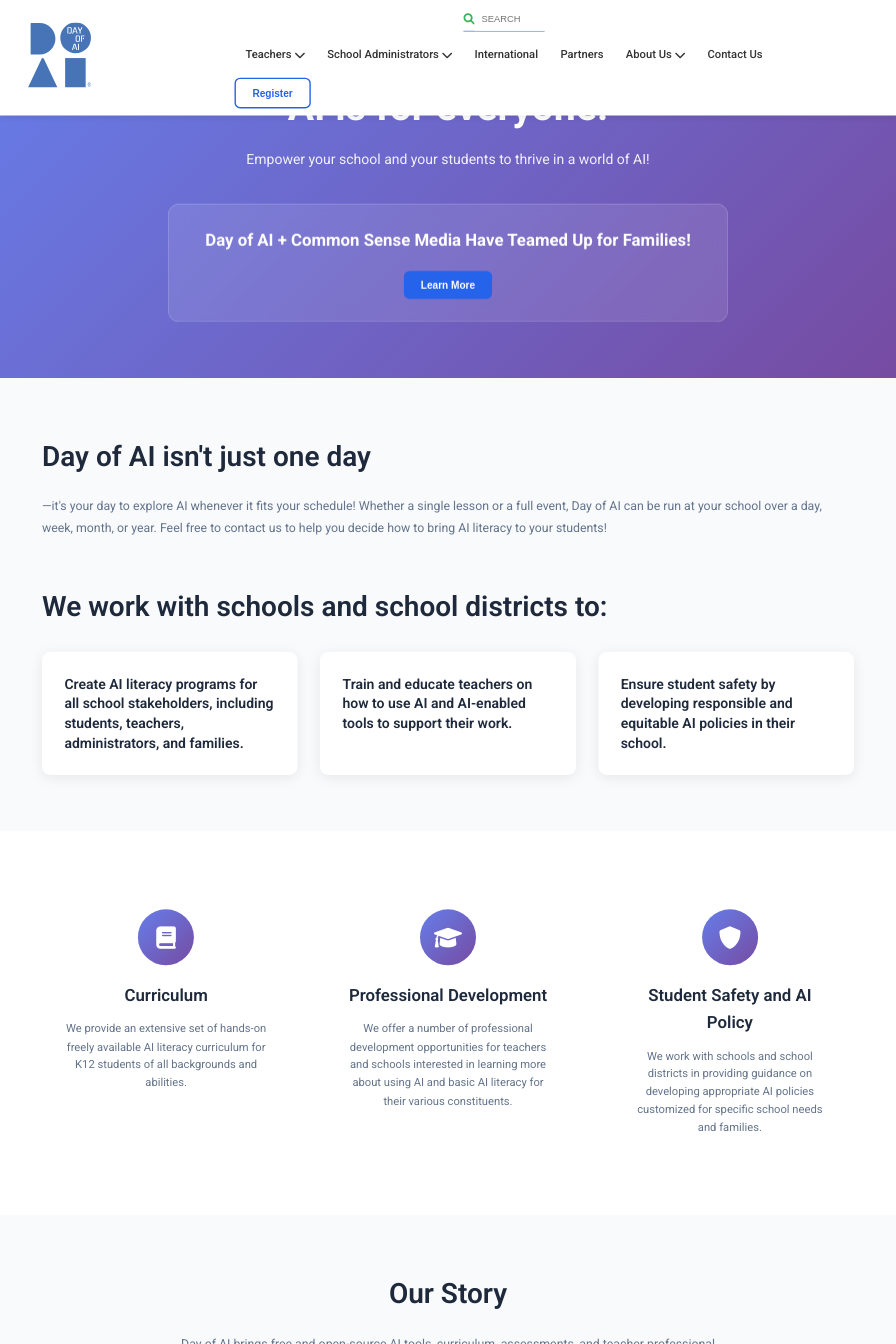
Repository: dinhtri123/dayofai
Page: index.html
These files come from the project's save history. The page is drawn as it stood at one moment and after the next save; the edit follows.
The browser window is 1280 px wide. The pictures show the part of the page from y = 0 to 1920 px (the page is 3347 px tall), at 70% of full size.

Above is the page before, as saved 2025-06-28 14:41:48.

### index.html
<!DOCTYPE html>
<html lang="en">

<head>
  <meta charset="UTF-8">
  <meta name="viewport" content="width=device-width, initial-scale=1.0">
  <title>Day of AI - AI is for everyone</title>
  <link rel="stylesheet" href="styles.css">
  <link rel="preconnect" href="https://fonts.googleapis.com">
  <link rel="preconnect" href="https://fonts.gstatic.com" crossorigin>
  <link href="https://fonts.googleapis.com/css2?family=Roboto:ital,wght@0,100..900;1,100..900&display=swap"
    rel="stylesheet">
  <link rel="stylesheet" href="https://cdnjs.cloudflare.com/ajax/libs/font-awesome/6.0.0/css/all.min.css">
</head>

<body>
  <!-- Header -->
  <header class="header">
    <nav class="navbar container">
      <div class="nav-container">
        <div class="nav-logo">
          <img src="./images/logo.svg" alt="Day of AI Logo">
        </div>

        <div class="header-main">
          <div class="header-search">
            <i class="fa-solid fa-magnifying-glass"></i>
            <input type="search" name="search" id="search" placeholder="SEARCH">
          </div>
          <div class="header-menu">
            <ul class="nav-menu">
              <li class="nav-item dropdown">
                <a href="#" class="nav-link">Teachers <i class="fas fa-chevron-down"></i></a>
                <ul class="dropdown-menu">
                  <li><a href="#">Curriculum</a></li>
                  <li><a href="#">Seasonal and Monthly Activities</a></li>
                  <li><a href="#">Professional Development</a></li>
                  <li><a href="#">Family Resources</a></li>
                </ul>
              </li>
              <li class="nav-item dropdown">
                <a href="#" class="nav-link">School Administrators <i class="fas fa-chevron-down"></i></a>
                <ul class="dropdown-menu">
                  <li><a href="#">Professional Development</a></li>
                  <li><a href="#">Curriculum</a></li>
                  <li><a href="#">Student Safety & AI Policy</a></li>
                  <li><a href="#">Family Resources</a></li>
                </ul>
              </li>
              <li class="nav-item">
                <a href="#" class="nav-link">International</a>
              </li>
              <li class="nav-item">
                <a href="#" class="nav-link">Partners</a>
              </li>
              <li class="nav-item dropdown">
                <a href="#" class="nav-link">About Us <i class="fas fa-chevron-down"></i></a>
                <ul class="dropdown-menu">
                  <li><a href="#">Our Team</a></li>
                  <li><a href="#">Our Story</a></li>
                  <li><a href="#">FAQ</a></li>
                  <li><a href="#">News & Impact</a></li>
                </ul>
              </li>
              <li class="nav-item">
                <a href="#" class="nav-link">Contact Us</a>
              </li>
            </ul>
            <div class="nav-buttons">
              <button class="btn btn-secondary">Register</button>
            </div>
          </div>
        </div>


        <div class="hamburger">
          <span class="bar"></span>
          <span class="bar"></span>
          <span class="bar"></span>
        </div>
      </div>
    </nav>
  </header>

  <!-- Hero Section -->
  <section class="hero">
    <div class="container">
      <div class="hero-content">
        <h1 class="hero-title">AI is for everyone.</h1>
        <p class="hero-subtitle">Empower your school and your students to thrive in a world of AI!</p>
        <div class="hero-banner">
          <div class="banner-content">
            <h3>Day of AI + Common Sense Media Have Teamed Up for Families!</h3>
            <button class="btn btn-primary">Learn More</button>
          </div>
        </div>
      </div>
    </div>
  </section>

  <!-- Main Content Section -->
  <section class="main-content">
    <div class="container">
      <div class="content-grid">
        <div class="content-item">
          <h2>Day of AI isn't just one day</h2>
          <p>—it's your day to explore AI whenever it fits your schedule! Whether a single lesson or a full event, Day
            of AI can be run at your school over a day, week, month, or year. Feel free to contact us to help you decide
            how to bring AI literacy to your students!</p>
        </div>

        <div class="content-item">
          <h2>We work with schools and school districts to:</h2>
          <div class="services-grid">
            <div class="service-card">
              <h3>Create AI literacy programs for all school stakeholders, including students, teachers, administrators,
                and families.</h3>
            </div>
            <div class="service-card">
              <h3>Train and educate teachers on how to use AI and AI-enabled tools to support their work.</h3>
            </div>
            <div class="service-card">
              <h3>Ensure student safety by developing responsible and equitable AI policies in their school.</h3>
            </div>
          </div>
        </div>
      </div>
    </div>
  </section>

  <!-- Features Section -->
  <section class="features">
    <div class="container">
      <div class="features-grid">
        <div class="feature-card">
          <div class="feature-icon">
            <i class="fas fa-book"></i>
          </div>
          <h3>Curriculum</h3>
          <p>We provide an extensive set of hands-on freely available AI literacy curriculum for K12 students of all
            backgrounds and abilities.</p>
        </div>

        <div class="feature-card">
          <div class="feature-icon">
            <i class="fas fa-graduation-cap"></i>
          </div>
          <h3>Professional Development</h3>
          <p>We offer a number of professional development opportunities for teachers and schools interested in learning
            more about using AI and basic AI literacy for their various constituents.</p>
        </div>

        <div class="feature-card">
          <div class="feature-icon">
            <i class="fas fa-shield-alt"></i>
          </div>
          <h3>Student Safety and AI Policy</h3>
          <p>We work with schools and school districts in providing guidance on developing appropriate AI policies
            customized for specific school needs and families.</p>
        </div>
      </div>
    </div>
  </section>

  <!-- About Section -->
  <section class="about">
    <div class="container">
      <div class="about-content">
        <h2>Our Story</h2>
        <p>Day of AI brings free and open-source AI tools, curriculum, assessments, and teacher professional development
          materials developed by MIT RAISE to students and educators everywhere.</p>

        <div class="mit-section">
          <h3>Powered by MIT RAISE</h3>
          <p>Day of AI was born at MIT in June 2021. Led by a team of faculty and research scientists at MIT
            RAISE…..(more)</p>
        </div>

        <div class="partners-section">
          <h3>Our Collaborators and Partners</h3>
          <div class="partners-grid">
            <div class="partner-logo">Partner 1</div>
            <div class="partner-logo">Partner 2</div>
            <div class="partner-logo">Partner 3</div>
            <div class="partner-logo">Partner 4</div>
          </div>
        </div>
      </div>
    </div>
  </section>

  <!-- CTA Section -->
  <section class="cta">
    <div class="container">
      <div class="cta-content">
        <h2>Bring Day of AI to Your School or School District</h2>
        <div class="cta-buttons">
          <button class="btn btn-primary">Register</button>
          <button class="btn btn-secondary">Learn More</button>
        </div>
      </div>
    </div>
  </section>

  <!-- Footer -->
  <footer class="footer">
    <div class="container">
      <div class="footer-content">
        <div class="footer-section">
          <p>&copy; 2025, Day of AI. All Rights Reserved.</p>
          <div class="footer-links">
            <a href="#">Privacy Policy</a>
            <a href="#">Accessibility</a>
            <a href="#">Terms of Use</a>
            <a href="#">Boston Web Design</a>
          </div>
        </div>

        <div class="footer-legal">
          <p>Unless stated otherwise, the DAY OF AI curriculum is licensed under a Creative Commons
            Attribution-NonCommercial-ShareAlike 4.0 International License (the "DAY OF AI Creative Commons license").
            The DAY OF AI Creative Commons license does not include a license to use the trademarks and service marks,
            DAY OF AI, DAY OF AI (and Design), the DAY OF AI logo, MASSACHUSETTS INSTITUTE OF TECHNOLOGY, MIT, the MIT
            logo, MIT RAISE, RAISE, or any other trademarks, service marks, or other intellectual property, owned by, or
            associated with, Massachusetts Institute of Technology, and such use is expressly excluded. DAY OF AI, DAY
            OF AI (and Design), and the DAY OF AI logo are trademarks and service marks of MASSACHUSETTS INSTITUTE OF
            TECHNOLOGY. All rights are reserved.</p>
        </div>

        <div class="footer-translate">
          <button class="translate-btn">Translate »</button>
        </div>
      </div>
    </div>
  </footer>

  <script src="script.js"></script>
</body>

</html>

### styles.css
:root {
  --font-family: 'Roboto', sans-serif;
  --color-primary: #4873B7;
  --color-secondary: #37B558;
  --color-third: #F26739;
}
* {
    margin: 0;
    padding: 0;
    box-sizing: border-box;
}

body {
    font-family: var(--font-family);
    line-height: 1.6;
    color: #333;
    overflow-x: hidden;
}

.container {
    max-width: 1200px;
    margin: 0 auto;
    padding: 0 20px;
}

/* Header Styles */
.header {
    background: #fff;
    box-shadow: 0 2px 10px rgba(0, 0, 0, 0.1);
    position: fixed;
    top: 0;
    width: 100%;
    z-index: 1000;
}
.header-main {
  display: flex;
  flex-direction: column;
  flex: 1;
}
.header-search {
  display: flex;
  align-items: center;
  justify-content: end;
  border-bottom: 1px solid var(--color-primary);
  height: 35px;

}
.header-search input {
  border: none;
  outline: none;
  width: 100px;
  height: 100%;
  padding: 0 10px;
}
.header-search i {
  color: var(--color-secondary);
}

.navbar {
    padding: 10px 0;
}

.nav-container {
    display: flex;
    justify-content: space-between;
    align-items: center;
}
.nav-logo {
  max-width: 160px;
  width: 100%;
  height: auto;
}

.nav-logo img {
  max-width: 90px;
  width: 100%;
  height: auto;
}

.header-main {
  display: flex;
  align-items: center;
}
.nav-menu {
    display: flex;
    list-style: none;
    align-items: center;
}

.nav-item {
    position: relative;
}

.nav-link {
    text-decoration: none;
    color: #333;
    font-weight: 500;
    padding: 20px 16px;
    transition: color 0.3s ease;
    display: flex;
    align-items: center;
    gap: 5px;
}

.nav-link:hover {
    color: #2563eb;
}

.dropdown-menu {
    position: absolute;
    top: 100%;
    left: 0;
    background: #fff;
    box-shadow: 0 4px 20px rgba(0, 0, 0, 0.15);
    border-radius: 8px;
    min-width: 250px;
    opacity: 0;
    visibility: hidden;
    transform: translateY(-10px);
    transition: all 0.3s ease;
    list-style: none;
    padding: 1rem 0;
}

.dropdown:hover .dropdown-menu {
    opacity: 1;
    visibility: visible;
    transform: translateY(0);
}

.dropdown-menu li a {
    display: block;
    padding: 0.75rem 1.5rem;
    color: #333;
    text-decoration: none;
    transition: background-color 0.3s ease;
}

.dropdown-menu li a:hover {
    background-color: #f8fafc;
    color: #2563eb;
}

.nav-buttons {
    display: flex;
    align-items: center;
    margin-right: 24px;
}

.btn {
    padding: 0.75rem 1.5rem;
    border: none;
    border-radius: 8px;
    font-weight: 600;
    cursor: pointer;
    transition: all 0.3s ease;
    text-decoration: none;
    display: inline-block;
    font-size: 0.9rem;
}

.btn-primary {
    background: #2563eb;
    color: #fff;
}

.btn-primary:hover {
    background: #1d4ed8;
    transform: translateY(-2px);
}

.btn-secondary {
    background: transparent;
    color: #2563eb;
    border: 2px solid #2563eb;
}

.btn-secondary:hover {
    background: #2563eb;
    color: #fff;
}

.hamburger {
    display: none;
    flex-direction: column;
    cursor: pointer;
}

.bar {
    width: 25px;
    height: 3px;
    background: #333;
    margin: 3px 0;
    transition: 0.3s;
}

/* Hero Section */
.hero {
    background: linear-gradient(135deg, #667eea 0%, #764ba2 100%);
    color: #fff;
    padding: 120px 0 80px;
    text-align: center;
}

.hero-content {
    max-width: 800px;
    margin: 0 auto;
}

.hero-title {
    font-size: 3.5rem;
    font-weight: 700;
    margin-bottom: 1.5rem;
    line-height: 1.2;
}

.hero-subtitle {
    font-size: 1.25rem;
    margin-bottom: 3rem;
    opacity: 0.9;
}

.hero-banner {
    background: rgba(255, 255, 255, 0.1);
    backdrop-filter: blur(10px);
    border-radius: 16px;
    padding: 2rem;
    margin-top: 2rem;
    border: 1px solid rgba(255, 255, 255, 0.2);
}

.banner-content h3 {
    font-size: 1.5rem;
    margin-bottom: 1.5rem;
}

/* Main Content Section */
.main-content {
    padding: 80px 0;
    background: #f8fafc;
}

.content-grid {
    display: grid;
    gap: 4rem;
}

.content-item h2 {
    font-size: 2.5rem;
    font-weight: 600;
    margin-bottom: 1.5rem;
    color: #1e293b;
}

.content-item p {
    font-size: 1.1rem;
    color: #64748b;
    line-height: 1.8;
}

.services-grid {
    display: grid;
    grid-template-columns: repeat(auto-fit, minmax(300px, 1fr));
    gap: 2rem;
    margin-top: 2rem;
}

.service-card {
    background: #fff;
    padding: 2rem;
    border-radius: 12px;
    box-shadow: 0 4px 20px rgba(0, 0, 0, 0.08);
    transition: transform 0.3s ease, box-shadow 0.3s ease;
}

.service-card:hover {
    transform: translateY(-5px);
    box-shadow: 0 8px 30px rgba(0, 0, 0, 0.12);
}

.service-card h3 {
    font-size: 1.25rem;
    font-weight: 600;
    color: #1e293b;
    line-height: 1.4;
}

/* Features Section */
.features {
    padding: 80px 0;
    background: #fff;
}

.features-grid {
    display: grid;
    grid-template-columns: repeat(auto-fit, minmax(350px, 1fr));
    gap: 3rem;
}

.feature-card {
    text-align: center;
    padding: 2rem;
    border-radius: 16px;
    transition: transform 0.3s ease;
}

.feature-card:hover {
    transform: translateY(-5px);
}

.feature-icon {
    width: 80px;
    height: 80px;
    background: linear-gradient(135deg, #667eea 0%, #764ba2 100%);
    border-radius: 50%;
    display: flex;
    align-items: center;
    justify-content: center;
    margin: 0 auto 1.5rem;
    color: #fff;
    font-size: 2rem;
}

.feature-card h3 {
    font-size: 1.5rem;
    font-weight: 600;
    margin-bottom: 1rem;
    color: #1e293b;
}

.feature-card p {
    color: #64748b;
    line-height: 1.6;
}

/* About Section */
.about {
    padding: 80px 0;
    background: #f8fafc;
}

.about-content {
    max-width: 800px;
    margin: 0 auto;
    text-align: center;
}

.about-content h2 {
    font-size: 2.5rem;
    font-weight: 600;
    margin-bottom: 1.5rem;
    color: #1e293b;
}

.about-content p {
    font-size: 1.1rem;
    color: #64748b;
    line-height: 1.8;
    margin-bottom: 3rem;
}

.mit-section {
    background: #fff;
    padding: 2rem;
    border-radius: 12px;
    margin: 2rem 0;
    box-shadow: 0 4px 20px rgba(0, 0, 0, 0.08);
}

.mit-section h3 {
    font-size: 1.5rem;
    font-weight: 600;
    margin-bottom: 1rem;
    color: #1e293b;
}

.partners-section {
    margin-top: 3rem;
}

.partners-section h3 {
    font-size: 1.5rem;
    font-weight: 600;
    margin-bottom: 2rem;
    color: #1e293b;
}

.partners-grid {
    display: grid;
    grid-template-columns: repeat(auto-fit, minmax(200px, 1fr));
    gap: 2rem;
}

.partner-logo {
    background: #fff;
    padding: 2rem;
    border-radius: 8px;
    text-align: center;
    box-shadow: 0 2px 10px rgba(0, 0, 0, 0.1);
    font-weight: 600;
    color: #64748b;
}

/* CTA Section */
.cta {
    padding: 80px 0;
    background: linear-gradient(135deg, #667eea 0%, #764ba2 100%);
    color: #fff;
    text-align: center;
}

.cta-content h2 {
    font-size: 2.5rem;
    font-weight: 600;
    margin-bottom: 2rem;
}

.cta-buttons {
    display: flex;
    gap: 1rem;
    justify-content: center;
    flex-wrap: wrap;
}

/* Footer */
.footer {
    background: #1e293b;
    color: #fff;
    padding: 60px 0 30px;
}

.footer-content {
    display: grid;
    gap: 2rem;
}

.footer-section {
    display: flex;
    justify-content: space-between;
    align-items: center;
    flex-wrap: wrap;
    gap: 1rem;
}

.footer-links {
    display: flex;
    gap: 2rem;
    flex-wrap: wrap;
}

.footer-links a {
    color: #cbd5e1;
    text-decoration: none;
    transition: color 0.3s ease;
}

.footer-links a:hover {
    color: #fff;
}

.footer-legal {
    border-top: 1px solid #334155;
    padding-top: 2rem;
}

.footer-legal p {
    font-size: 0.9rem;
    color: #94a3b8;
    line-height: 1.6;
}

.footer-translate {
    text-align: center;
    padding-top: 2rem;
}

.translate-btn {
    background: transparent;
    color: #cbd5e1;
    border: 1px solid #475569;
    padding: 0.5rem 1rem;
    border-radius: 6px;
    cursor: pointer;
    transition: all 0.3s ease;
}

.translate-btn:hover {
    background: #475569;
    color: #fff;
}

/* Responsive Design */
@media (max-width: 768px) {
    .nav-menu {
        position: fixed;
        left: -100%;
        top: 70px;
        flex-direction: column;
        background-color: #fff;
        width: 100%;
        text-align: center;
        transition: 0.3s;
        box-shadow: 0 10px 27px rgba(0, 0, 0, 0.05);
        padding: 2rem 0;
    }

    .nav-menu.active {
        left: 0;
    }

    .nav-menu li {
        margin: 1rem 0;
    }

    .dropdown-menu {
        position: static;
        opacity: 1;
        visibility: visible;
        transform: none;
        box-shadow: none;
        background: #f8fafc;
        margin-top: 1rem;
    }

    .hamburger {
        display: flex;
    }

    .hamburger.active .bar:nth-child(2) {
        opacity: 0;
    }

    .hamburger.active .bar:nth-child(1) {
        transform: translateY(8px) rotate(45deg);
    }

    .hamburger.active .bar:nth-child(3) {
        transform: translateY(-8px) rotate(-45deg);
    }

    .nav-buttons {
        display: none;
    }

    .hero-title {
        font-size: 2.5rem;
    }

    .hero-subtitle {
        font-size: 1.1rem;
    }

    .content-item h2,
    .about-content h2,
    .cta-content h2 {
        font-size: 2rem;
    }

    .services-grid,
    .features-grid {
        grid-template-columns: 1fr;
    }

    .footer-section {
        flex-direction: column;
        text-align: center;
    }

    .footer-links {
        justify-content: center;
    }

    .cta-buttons {
        flex-direction: column;
        align-items: center;
    }

    .cta-buttons .btn {
        width: 100%;
        max-width: 300px;
    }
}

@media (max-width: 480px) {
    .container {
        padding: 0 15px;
    }

    .hero {
        padding: 100px 0 60px;
    }

    .hero-title {
        font-size: 2rem;
    }

    .main-content,
    .features,
    .about,
    .cta {
        padding: 60px 0;
    }

    .service-card,
    .feature-card {
        padding: 1.5rem;
    }
}

/* Animations */
@keyframes fadeInUp {
    from {
        opacity: 0;
        transform: translateY(30px);
    }
    to {
        opacity: 1;
        transform: translateY(0);
    }
}

.hero-content,
.content-item,
.feature-card,
.about-content {
    animation: fadeInUp 0.8s ease-out;
}

/* Smooth scrolling */
html {
    scroll-behavior: smooth;
}

/* Focus styles for accessibility */
.btn:focus,
.nav-link:focus,
.translate-btn:focus {
    outline: 2px solid #2563eb;
    outline-offset: 2px;
}

Loaded but not shown: script.js (249 lines, source omitted)

After the next save:
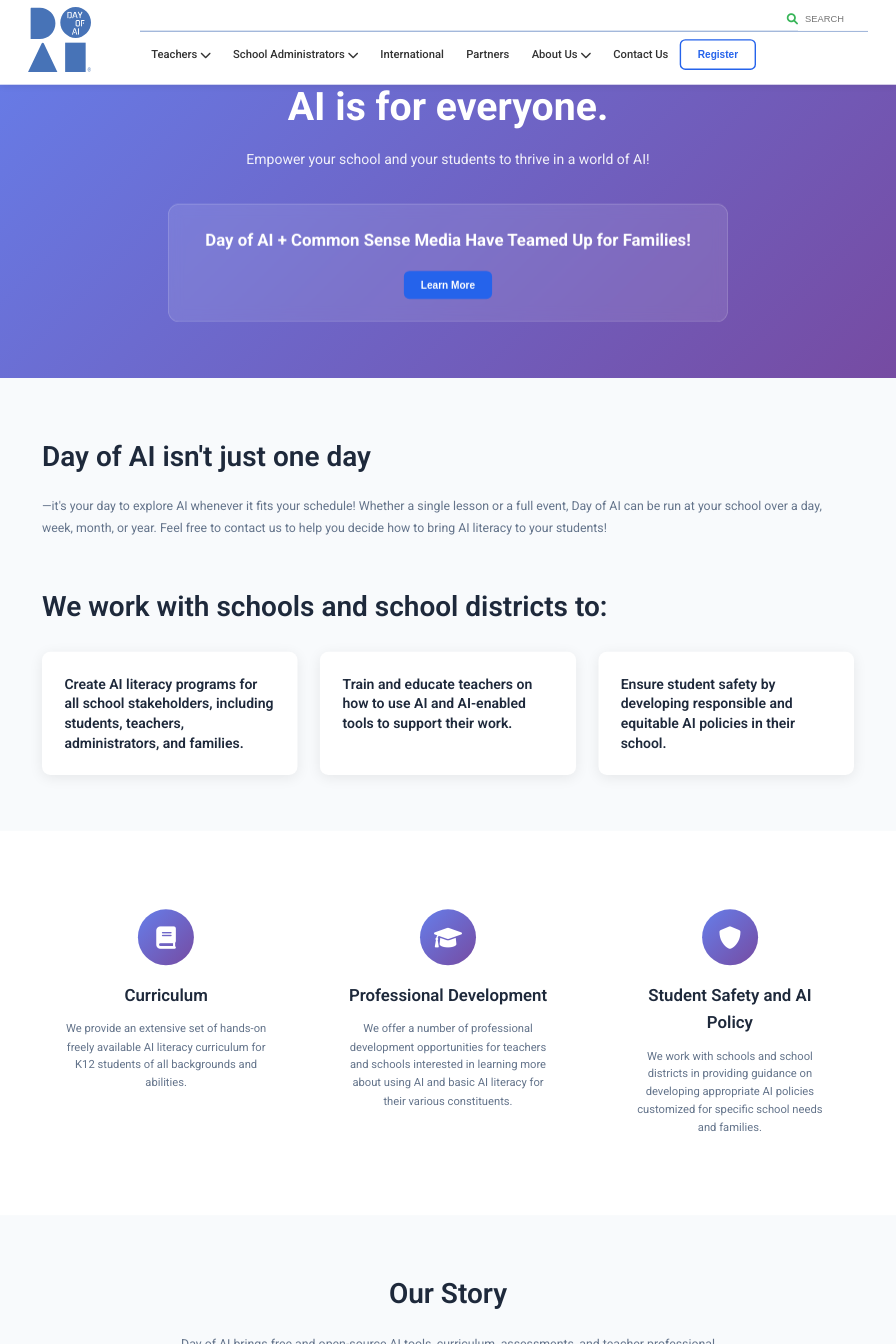
Saved 33 s later.
--- a/styles.css
+++ b/styles.css
@@ -77,7 +77,7 @@
   height: auto;
 }
 
-.header-main {
+.header-menu {
   display: flex;
   align-items: center;
 }
